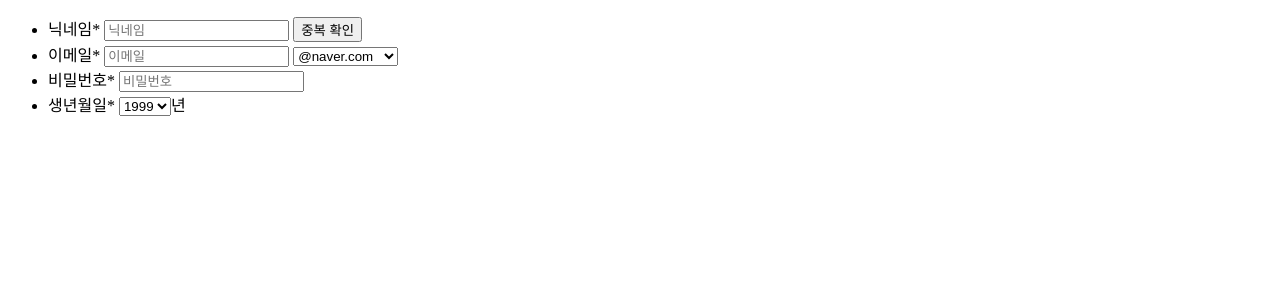
Repository: onpul/TEAM1
Page: http://localhost/Riding/mj/JoinForm.jsp
The author's editor kept a copy of each file at every save. The page is drawn from the files as they stood at one save, then again after the next save.
The browser window is 1280 px wide. The pictures show the whole page.
The page is served by Tomcat 9. Other server files are loaded and not shown.

Above is the page before, as saved 2022-06-04 09:32:23.

### Riding/WebContent/mj/JoinForm.jsp
<%@page import="org.apache.jasper.tagplugins.jstl.core.ForEach"%>
<%@ page contentType="text/html; charset=UTF-8"%>
<%
	request.setCharacterEncoding("UTF-8");
	String cp = request.getContextPath();
%>
<!DOCTYPE html>
<html>
<head>
<meta charset="UTF-8">
<title>JoinForm.jsp</title>
</head>
<body>

<div>
	<form action="">
		<ul>
			<li>닉네임* <input type="text" placeholder="닉네임"/> <button type="button">중복 확인</button></li>
			<li>이메일* <input type="text" placeholder="이메일"/></textarea>
						<select name="" id="">
							<option value="네이버">@naver.com</option>
							<option value="구글">@google.com</option>
							<option value="네이트">@nate.com</option>
						</select>
			</li>
			<li>비밀번호* <input type="password" placeholder="비밀번호"/></li>
			<li>생년월일*
				<select name="birth" id="birth">
					<option value="year">1999</option>
					<option value="year">2000</option>
					<option value="year">2001</option>
				</select>년

			</li>
		</ul>
	</form>
</div>

</body>
</html>

After the next save:
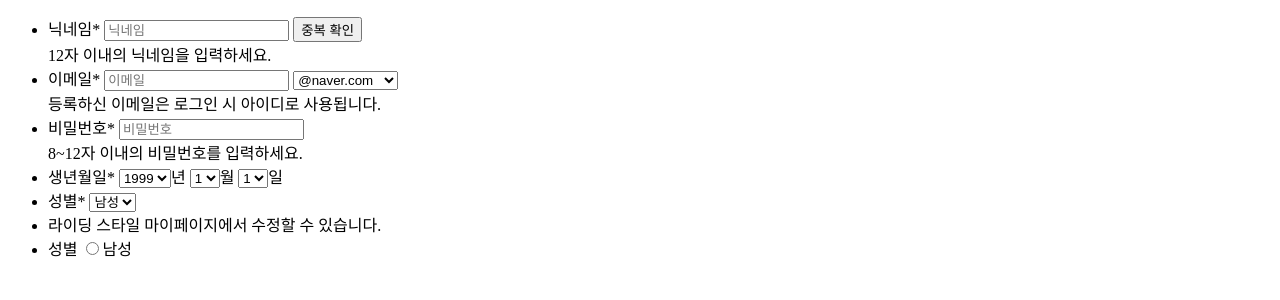
Saved 7 min 40 s later.
--- a/Riding/WebContent/mj/JoinForm.jsp
+++ b/Riding/WebContent/mj/JoinForm.jsp
@@ -16,6 +16,7 @@
 	<form action="">
 		<ul>
 			<li>닉네임* <input type="text" placeholder="닉네임"/> <button type="button">중복 확인</button></li>
+			12자 이내의 닉네임을 입력하세요.
 			<li>이메일* <input type="text" placeholder="이메일"/></textarea>
 						<select name="" id="">
 							<option value="네이버">@naver.com</option>
@@ -23,14 +24,35 @@
 							<option value="네이트">@nate.com</option>
 						</select>
 			</li>
+			<span>등록하신 이메일은 로그인 시 아이디로 사용됩니다.</span>
 			<li>비밀번호* <input type="password" placeholder="비밀번호"/></li>
+			8~12자 이내의 비밀번호를 입력하세요.
 			<li>생년월일*
-				<select name="birth" id="birth">
+				<select name="birthyear" id="birthyear">
 					<option value="year">1999</option>
 					<option value="year">2000</option>
 					<option value="year">2001</option>
 				</select>년
-
+				<select name="birthmonth" id="birthmonth">
+					<option value="month">1</option>
+					<option value="month">2</option>
+					<option value="month">3</option>
+				</select>월
+				<select name="birthday" id="birthday">
+					<option value="day">1</option>
+					<option value="day">2</option>
+					<option value="day">3</option>
+				</select>일
+			</li>
+			<li>성별*
+				<select name="gender" id="gender">
+					<option value="male">남성</option>
+					<option value="female">여성</option>
+				</select>
+			</li>
+			<li>라이딩 스타일 <span>마이페이지에서 수정할 수 있습니다.</span></li>
+			<li>성별
+				<input type="radio" name="gender" value="nolimit"/>남성
 			</li>
 		</ul>
 	</form>
